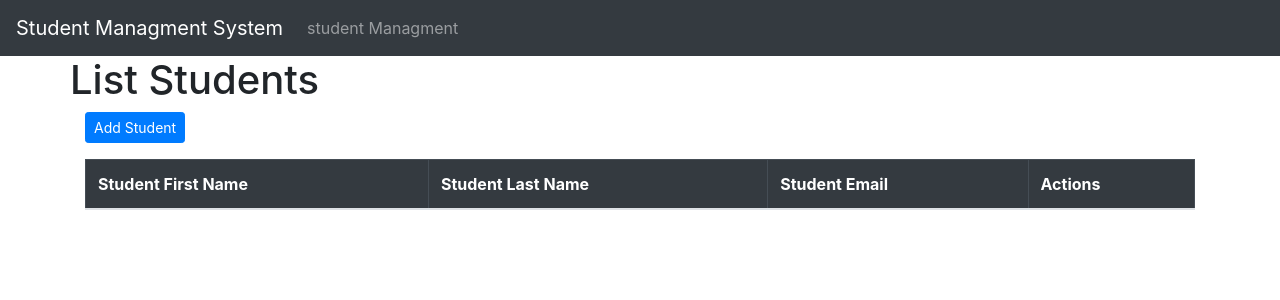
Repository: ahmedalimouhamed/springboot-projects
Page: http://localhost/students
An editor plug-in stored every save of this project. The page is shown before and after the next save, followed by the edit.
The browser window is 1280 px wide. The pictures show the whole page.
The page is this project's Thymeleaf template; nobody is signed in. The template is opened directly, without the code that normally fills it, so the values that code supplies are empty.

Above is the page before, as saved 2023-08-11 16:52:09.

### student-managment-system/src/main/resources/templates/students.html
<!DOCTYPE html>
<html xmlns:th="http://www.thymeleaf.org">
<head>
<meta charset="UTF-8">
<title>List of students</title>
<link rel="stylesheet"
	href="https://cdn.jsdelivr.net/npm/bootstrap@4.6.2/dist/css/bootstrap.min.css"
	integrity="sha384-xOolHFLEh07PJGoPkLv1IbcEPTNtaed2xpHsD9ESMhqIYd0nLMwNLD69Npy4HI+N"
	crossorigin="anonymous">
</head>
<body>
	<nav class="navbar navbar-expand-lg navbar-dark bg-dark">
		<a class="navbar-brand" href="#">Student Managment System</a>
		<button class="navbar-toggler" type="button" data-toggle="collapse"
			data-target="#navbarNav" aria-controls="navbarNav"
			aria-expanded="false" aria-label="Toggle navigation">
			<span class="navbar-toggler-icon"></span>
		</button>
		<div class="collapse navbar-collapse" id="navbarNav">
			<ul class="navbar-nav">
				<li class="nav-item">
					<a class="nav-link" th:href="@{/students}">student Managment</a>
				</li>
			</ul>
		</div>
	</nav>
	<div class="container">
		<div class="row">
			<h1>List Students</h1>
		</div>
		<div class="row">
			<div class="col-lg-3">
				<a th:href="@{/students/new}" class="btn btn-primary btn-sm mb-3">Add
					Student</a>
			</div>
		</div>
		<table class="table table-striped table-bordered">
			<thead class="table-dark">
				<tr>
					<th>Student First Name</th>
					<th>Student Last Name</th>
					<th>Student Email</th>
					<th>Actions</th>
				</tr>
			</thead>
			<tbody>
				<tr th:each="student:${students}">
					<td th:text="${student.firstName}"></td>
					<td th:text="${student.lastName}"></td>
					<td th:text="${student.email}"></td>
				</tr>
			</tbody>
		</table>
	</div>
</body>
</html>

After the next save:
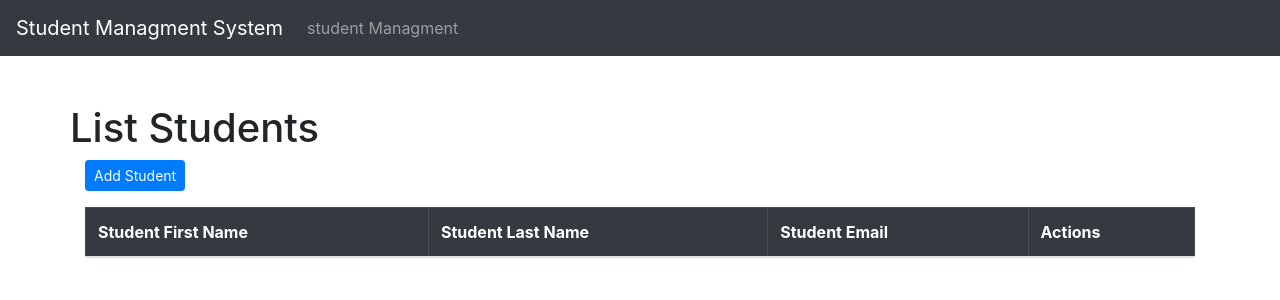
Saved 13 s later.
--- a/student-managment-system/src/main/resources/templates/students.html
+++ b/student-managment-system/src/main/resources/templates/students.html
@@ -9,7 +9,7 @@
 	crossorigin="anonymous">
 </head>
 <body>
-	<nav class="navbar navbar-expand-lg navbar-dark bg-dark">
+	<nav class="navbar navbar-expand-lg navbar-dark bg-dark mb-5">
 		<a class="navbar-brand" href="#">Student Managment System</a>
 		<button class="navbar-toggler" type="button" data-toggle="collapse"
 			data-target="#navbarNav" aria-controls="navbarNav"
